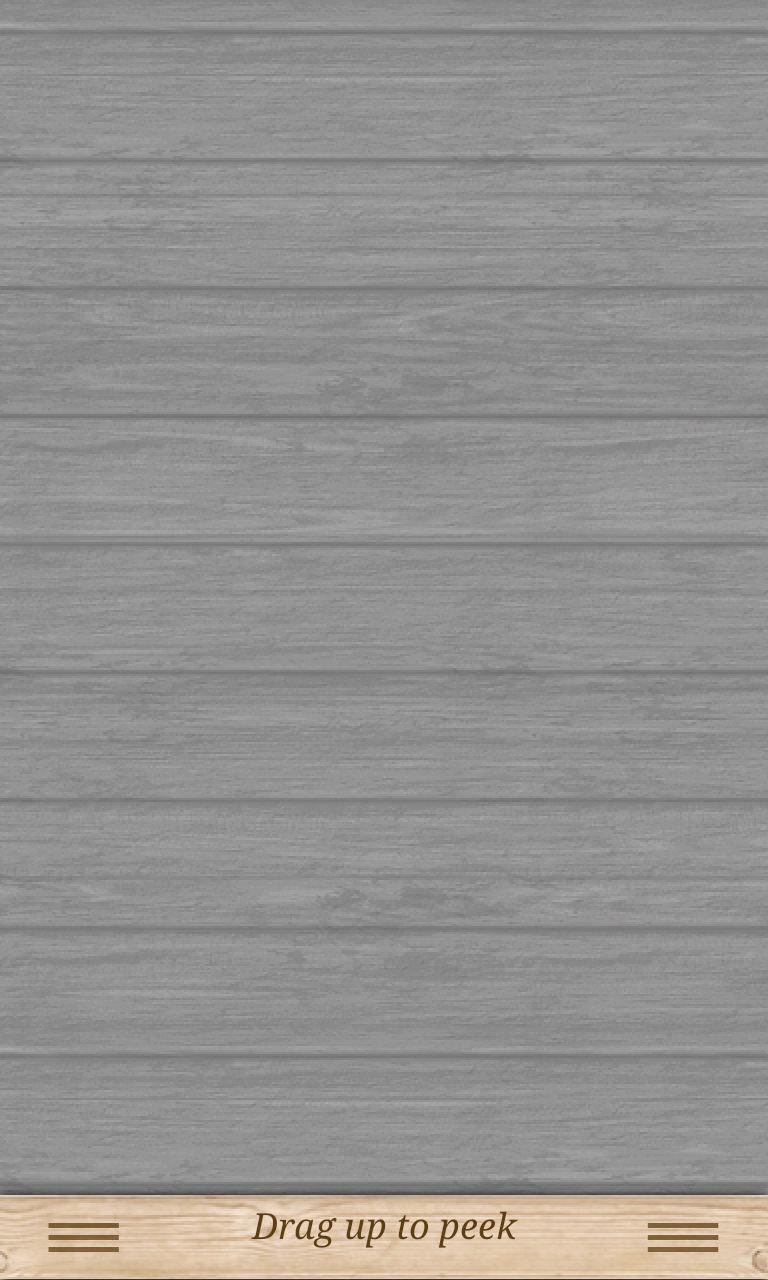
Repository: CrisFeo/JacksonPass
Layout: Android/Passwarp/res/layout/activity_main.xml
The author's editor kept a copy of each file at every save. The layout is drawn from the files as they stood at one save, then again after the next save.
It is drawn on a 768 x 1280 px phone screen (xhdpi) without system bars, with theme AppTheme; the app's code is not run.

Above is the layout before, as saved 2012-09-15 23:56:05.

### Android/Passwarp/res/layout/activity_main.xml
<RelativeLayout xmlns:android="http://schemas.android.com/apk/res/android"
    xmlns:tools="http://schemas.android.com/tools"
    android:layout_width="match_parent"
    android:layout_height="match_parent"
    android:background="@drawable/backrepeat2" >

    <SlidingDrawer
        android:id="@+id/slidingDrawer1"
        android:layout_width="match_parent"
        android:layout_height="match_parent"
        android:layout_alignParentTop="true"
        android:layout_centerHorizontal="true"
        android:bottomOffset="11dip"
        android:content="@+id/content"
        android:handle="@+id/handle" >

        <Button
            android:id="@+id/handle"
            android:layout_width="match_parent"
            android:layout_height="wrap_content"
            android:background="@drawable/tileable_wood_texture_2x_crop_h"
            android:paddingBottom="15dip"
            android:text="Drag up to peek"
            android:textColor="#5C3E15"
            android:textStyle="italic"
            android:typeface="serif" />

        <LinearLayout
            android:id="@+id/content"
            android:layout_width="match_parent"
            android:layout_height="109dp"
            android:orientation="vertical" >

            <TableLayout
                android:id="@+id/tablelayout"
                android:layout_width="match_parent"
                android:layout_height="match_parent"
                android:background="@drawable/backrepeat" >


            </TableLayout>
        </LinearLayout>
    </SlidingDrawer>

</RelativeLayout>

### Android/Passwarp/res/drawable-xhdpi/backrepeat2.xml
<bitmap xmlns:android="http://schemas.android.com/apk/res/android"
    android:dither="true"
    android:src="@drawable/dark_wood_2x_light"
    android:tileMode="repeat" />

### Android/Passwarp/res/drawable-xhdpi/backrepeat.xml
<bitmap xmlns:android="http://schemas.android.com/apk/res/android"
    android:dither="true"
    android:src="@drawable/tileable_wood_texture_2x"
    android:tileMode="repeat" />

Loaded but not shown: Android/Passwarp/res/values-v11/styles.xml (common file); Android/Passwarp/res/values-v14/styles.xml (common file); Android/Passwarp/res/values/styles.xml (common file)

After the next save:
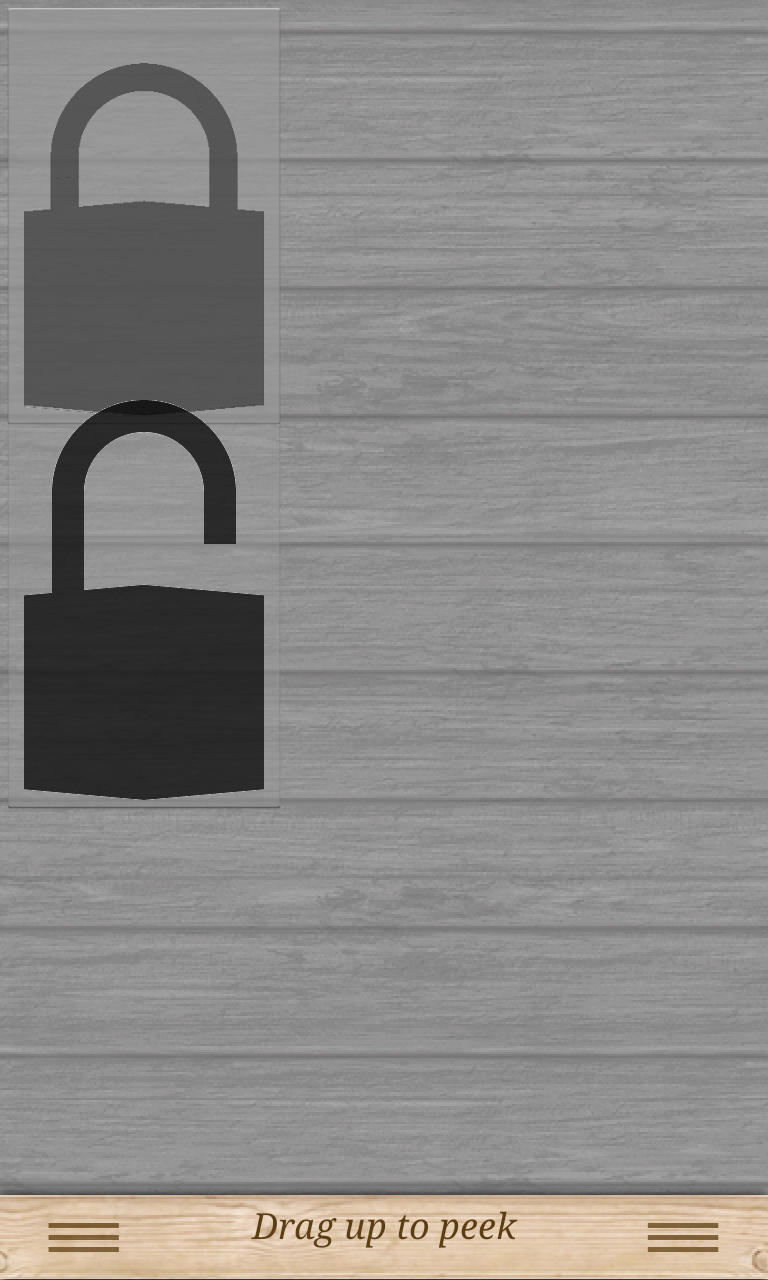
Saved 8 min 55 s later.
--- a/Android/Passwarp/res/layout/activity_main.xml
+++ b/Android/Passwarp/res/layout/activity_main.xml
@@ -3,6 +3,19 @@
     android:layout_width="match_parent"
     android:layout_height="match_parent"
     android:background="@drawable/backrepeat2" >
+
+    <ImageButton
+        android:id="@+id/imageButton1"
+        android:layout_width="wrap_content"
+        android:layout_height="wrap_content"
+        android:src="@drawable/lock" />
+
+    <ImageButton
+        android:id="@+id/imageButton2"
+        android:layout_width="wrap_content"
+        android:layout_height="wrap_content"
+        android:paddingTop="200dip"
+        android:src="@drawable/unlock" />
 
     <SlidingDrawer
         android:id="@+id/slidingDrawer1"
